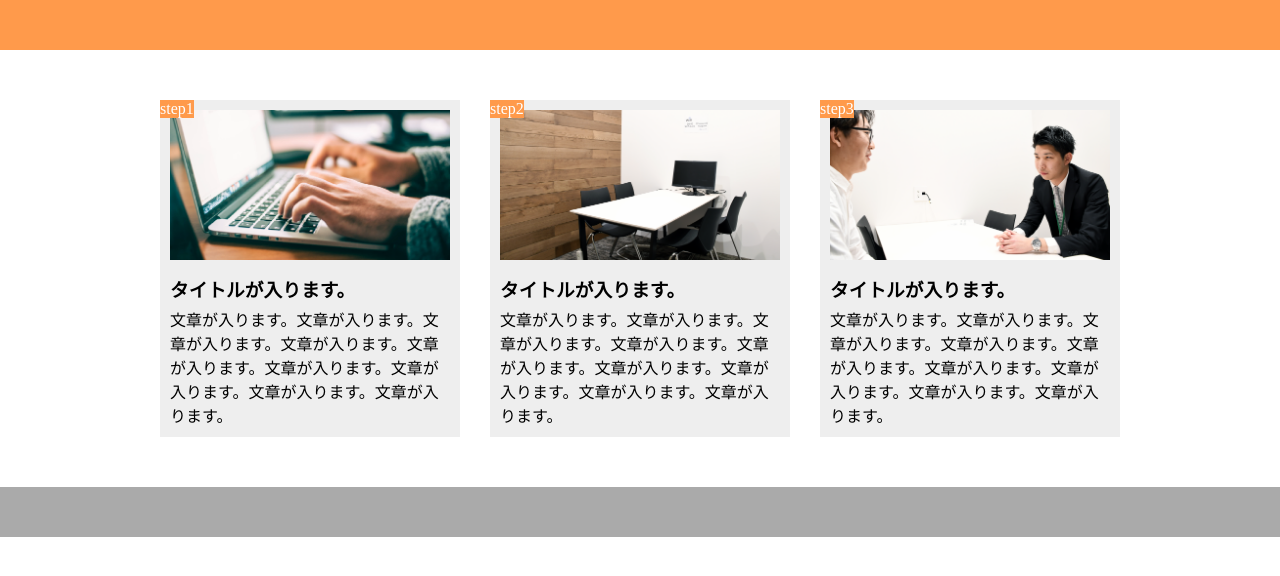
Repository: nosuyuki1002/git-practice2
Page: chpter/9.html
The author's editor kept a record of every edit. The page is drawn from the files as they stood at one moment, then again after the next edit.
The browser window is 1280 px wide. The pictures show the whole page.

Above is the page before.

After the next edit:
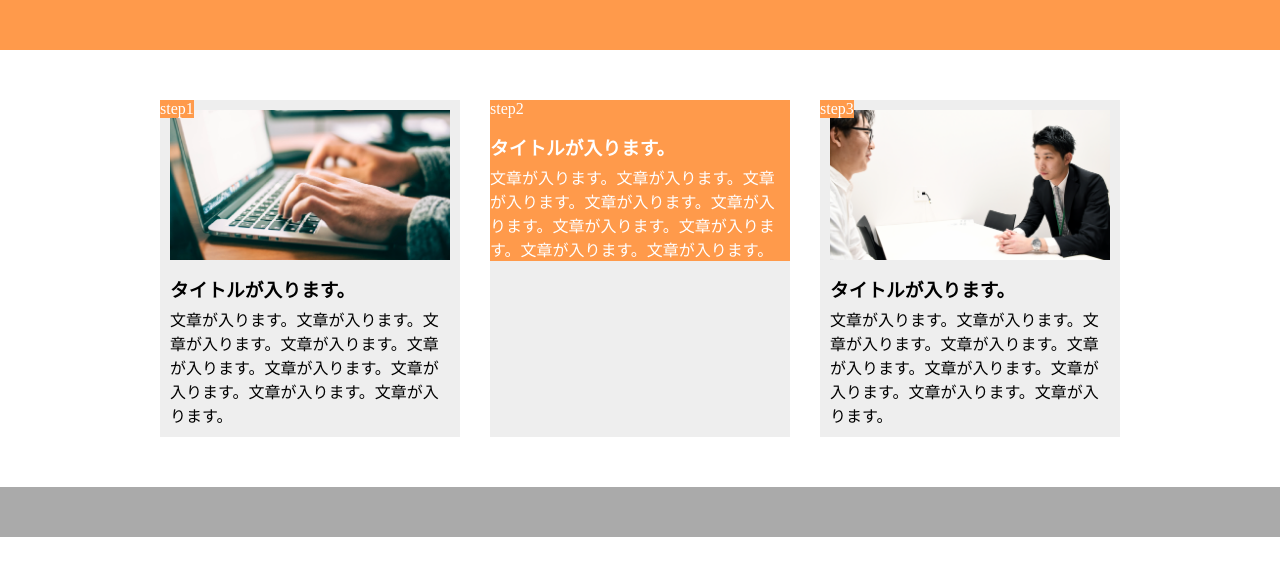
The edit:
--- a/chpter/9.html
+++ b/chpter/9.html
@@ -24,7 +24,7 @@
 
         <div class="step-box">
           <div class="step-img2"></div>
-              <p class="step-num">step2</p>
+          <span class="step-num">step2</p>
 
           <h3 class="title">タイトルが入ります。</h3>
           <p>文章が入ります。文章が入ります。文章が入ります。文章が入ります。文章が入ります。文章が入ります。文章が入ります。文章が入ります。文章が入ります。</p>

After the 2 edits that followed:
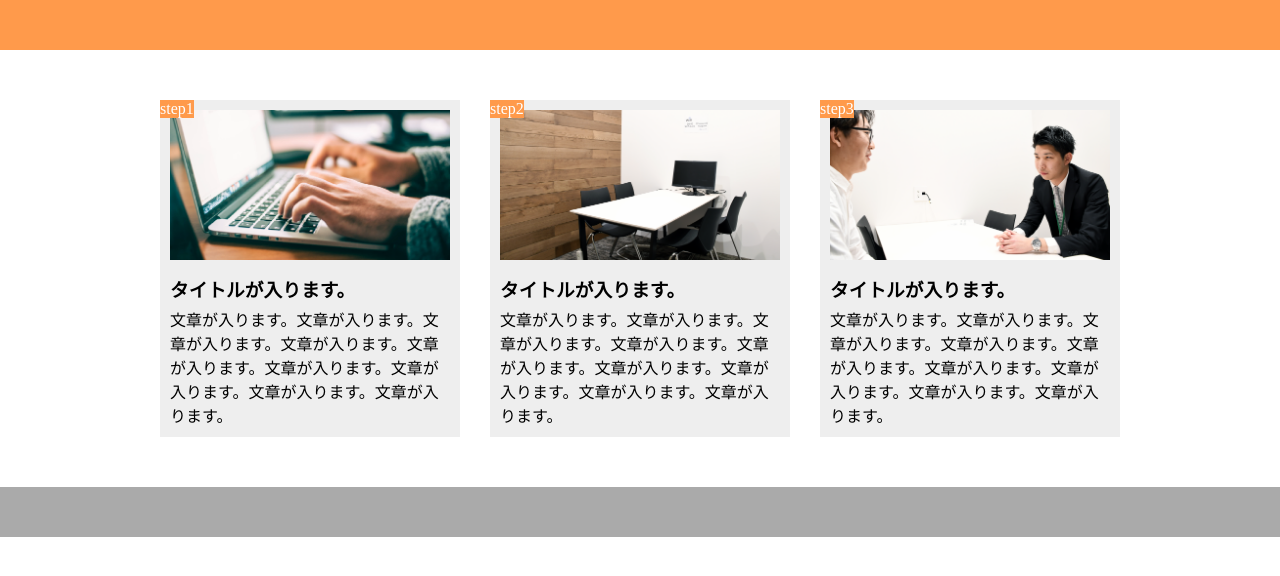
The 2 edits are shown as one change because 1 left the picture as it was.
The edit:
--- a/chpter/9.html
+++ b/chpter/9.html
@@ -24,7 +24,7 @@
 
         <div class="step-box">
           <div class="step-img2"></div>
-          <span class="step-num">step2</p>
+          <span class="step-num">step2</span>
 
           <h3 class="title">タイトルが入ります。</h3>
           <p>文章が入ります。文章が入ります。文章が入ります。文章が入ります。文章が入ります。文章が入ります。文章が入ります。文章が入ります。文章が入ります。</p>
@@ -32,7 +32,7 @@
 
         <div class="step-box">
           <div class="step-img3"></div>
-              <p class="step-num">step3</p>
+          <span class="step-num">step3</span>
 
           <h3 class="title">タイトルが入ります。</h3>
           <p>文章が入ります。文章が入ります。文章が入ります。文章が入ります。文章が入ります。文章が入ります。文章が入ります。文章が入ります。文章が入ります。</p>
